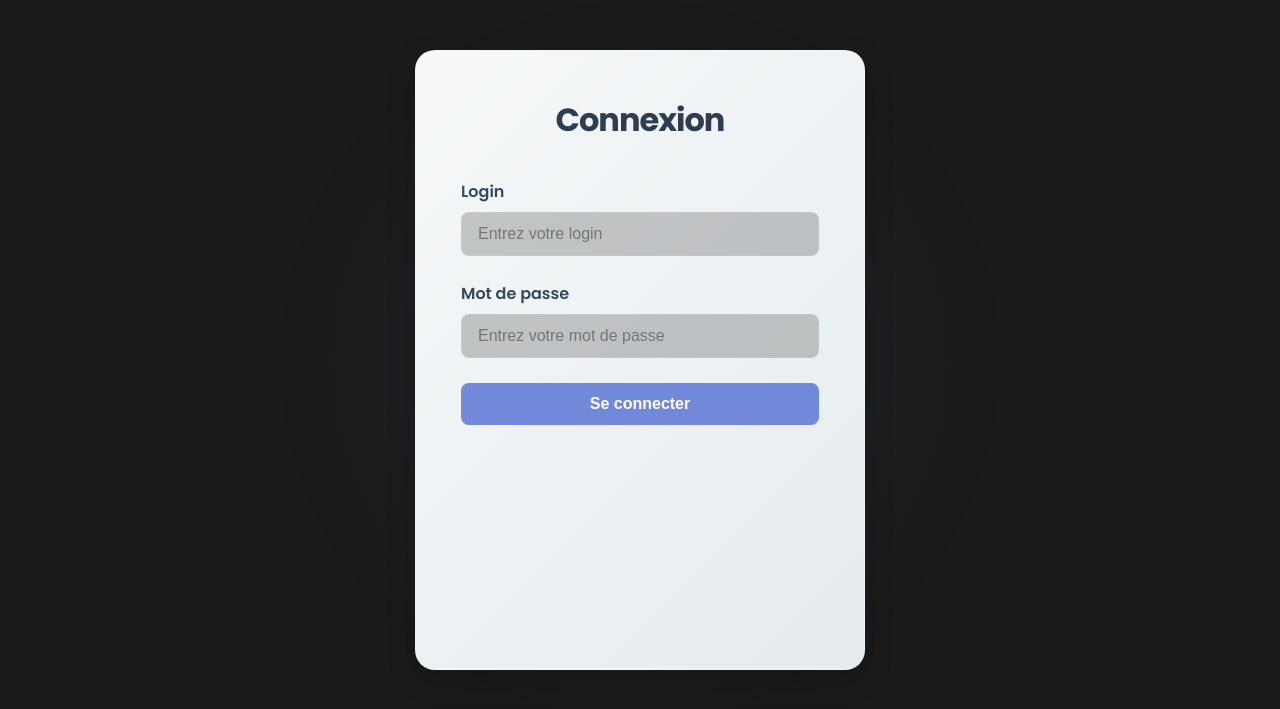
Repository: mbathio/jee
Page: http://localhost/test1/connexion.jsp
These files come from the project's save history. The page is drawn as it stood at one moment and after the next save; the edit follows.
The browser window is 1280 px wide. The pictures show the whole page.
The page is served by Tomcat 10. Nobody is signed in. The application's start-up code is not run.

Above is the page before, as saved 2025-05-05 01:56:22.

After the next save:
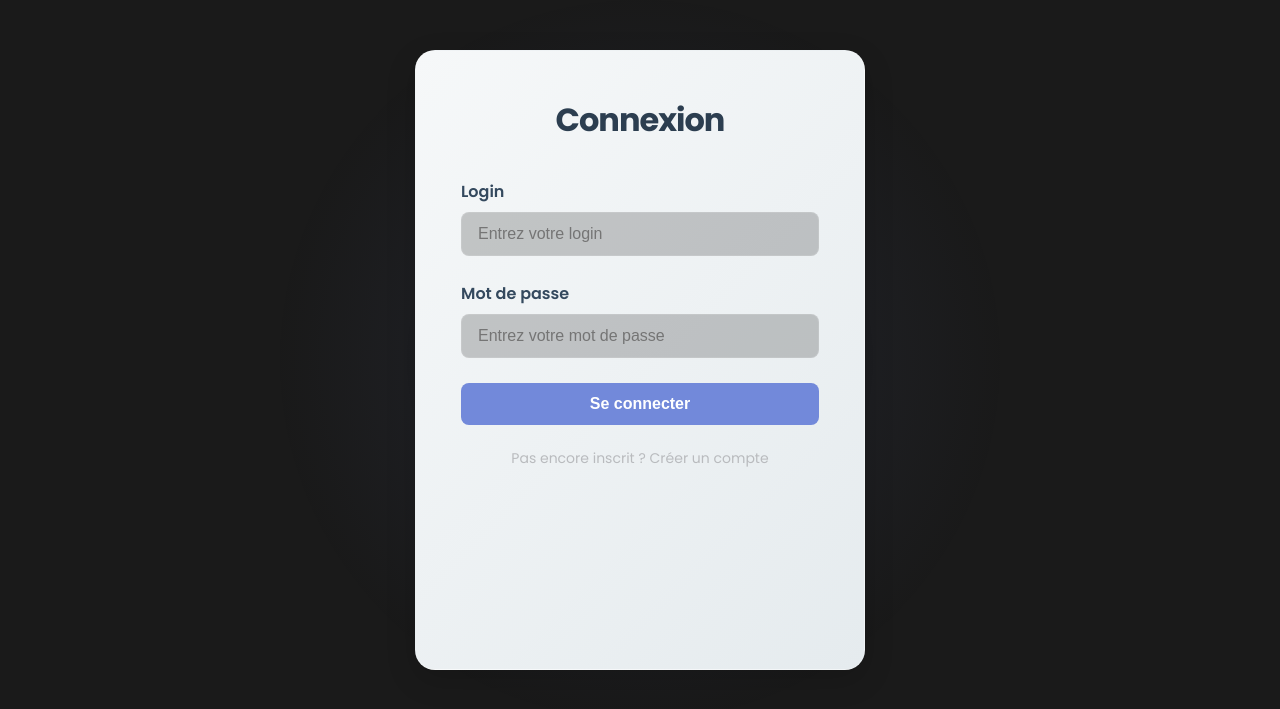
Saved 88 s later.
--- a/test1/src/main/webapp/connexion.jsp
+++ b/test1/src/main/webapp/connexion.jsp
@@ -6,14 +6,14 @@
     <meta name="viewport" content="width=device-width, initial-scale=1.0">
     <title>Connexion</title>
     <link href="https://fonts.googleapis.com/css2?family=Poppins:wght@300;400;600&display=swap" rel="stylesheet">
-    <link rel="stylesheet" href="css/style.css">
+    <link rel="stylesheet" href="<%=request.getContextPath()%>/css/style.css">
 </head>
 <body>
     <div class="login-container">
         <div class="login-title">
             <h1>Connexion</h1>
         </div>
-        <form class="login-form" action="connexion" method="post">
+        <form class="login-form" action="<%=request.getContextPath()%>/connexion" method="post">
             <div class="form-group">
                 <label for="login">Login</label>
                 <input type="text" id="login" name="login" placeholder="Entrez votre login" required>
@@ -33,6 +33,10 @@
                 <%= message %>
             </div>
         <% } %>
+
+        <div class="additional-links">
+            <a href="<%=request.getContextPath()%>/inscription">Pas encore inscrit ? Créer un compte</a>
+        </div>
     </div>
 
     <script>
@@ -40,7 +44,7 @@
             const login = document.getElementById('login');
             const password = document.getElementById('password');
 
-            if (login.value.length < 3) {
+            if (login.value.trim().length < 3) {
                 e.preventDefault();
                 alert('Le login doit contenir au moins 3 caractères');
                 return;
